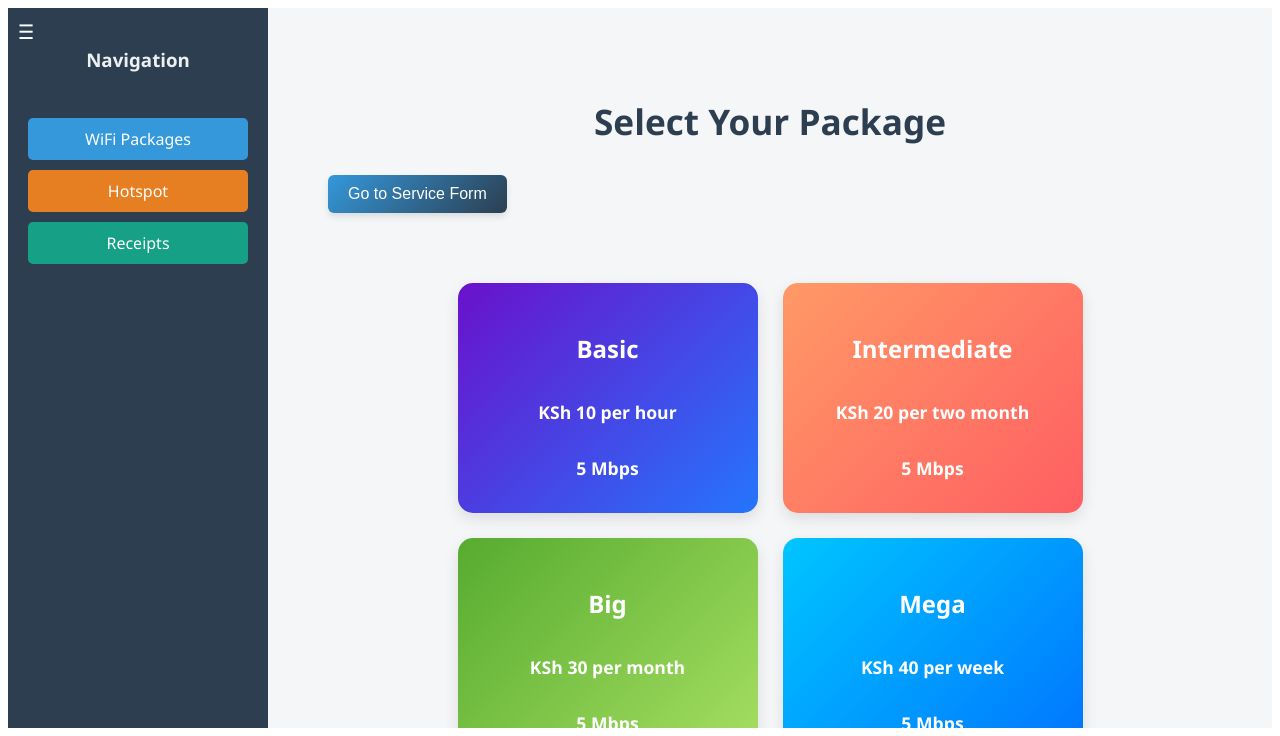
Repository: rachel648/system_Bill
Page: /packages (app in client/)
These files come from the project's save history. The page is drawn as it stood at one moment and after the next save; the edit follows.
The browser window is 1280 px wide. The pictures show the whole page.
The page's requests for data from a server got no answer. An inner scrolling area shows only its first screen. The project was rebuilt for these pictures with package versions that can differ from the ones it lists, and the page was loaded fresh each time. No one was signed in, and anything a server would have sent is missing. Also part of the build but not shown: client/src/components/ServiceForm.js, client/src/Hotspot.css, client/src/Hotspot.js, client/src/admin.js. Imported but missing from the stored project, and not drawn on this page: client/src/Receipts.

Above is the page before, as saved 2025-07-10 22:50:32.

### client/public/index.html
<!DOCTYPE html>
<html lang="en">
  <head>
    <meta charset="UTF-8" />
    <meta name="viewport" content="width=device-width, initial-scale=1.0"/>
    <title>Internet Billing System</title>
  </head>
  <body>
    <div id="root"></div>
    <!-- Add React scripts if not using Create React App -->
    <!-- <script src="https://unpkg.com/react@18/umd/react.development.js"></script>
    <script src="https://unpkg.com/react-dom@18/umd/react-dom.development.js"></script> -->
  </body>
</html>

### client/src/App.js
import React, { useState } from 'react';
import { BrowserRouter as Router, Routes, Route, Navigate } from 'react-router-dom';
import ServiceForm from './components/ServiceForm';
import Packages from './Packages';
import Hotspot from './Hotspot';
import Receipts from './Receipts';
import Navigation from './Navigation';
import './App.css';
import Admin from './admin';
import axios from 'axios';

// Set axios defaults for API calls
axios.defaults.baseURL = process.env.REACT_APP_API_BASE_URL || 'http://localhost:5000/api';

const App = () => {
  const [isSidebarVisible, setSidebarVisible] = useState(true);

  const toggleSidebar = () => {
    setSidebarVisible(prev => !prev);
  };

  const Layout = ({ children }) => (
    <div className="app-container">
      <Navigation isVisible={isSidebarVisible} toggle={toggleSidebar} />
      <div className="main-content">
        {children}
      </div>
    </div>
  );

  return (
    <Router>
      <Routes>
        {/* Redirect root to /packages */}
        <Route path="/" element={<Navigate to="/packages" replace />} />

        {/* Main pages with sidebar layout */}
        <Route path="/packages" element={<Layout><Packages /></Layout>} />
        <Route path="/hotspot" element={<Layout><Hotspot /></Layout>} />
        <Route path="/receipts" element={<Layout><Receipts /></Layout>} />
        <Route path="/service" element={<Layout><ServiceForm /></Layout>} />

        {/* Admin page without sidebar */}
        <Route path="/admin" element={<Admin />} />
      </Routes>
    </Router>
  );
};

export default App;

### client/src/Packages.js
import React, { useState } from 'react';
import { useNavigate } from 'react-router-dom';
import './Packages.css';

const packagePrices = {
  Basic: 10,
  Intermediate: 20,
  Big: 30,
  Mega: 40,
  Super: 50,
  DayOffer: 80
};

// Add duration for each package
const packageDurations = {
  Basic: 'per hour',
  Intermediate: 'per two month',
  Big: 'per month',
  Mega: 'per week',
  Super: 'per day',
  DayOffer: 'per hour'
};

const API_BASE_URL = process.env.NODE_ENV === 'production'
  ? 'https://your-production-api.com'
  : 'http://localhost:5000';

const Packages = () => {
  const [isModalOpen, setIsModalOpen] = useState(false);
  const [selectedPackage, setSelectedPackage] = useState(null);
  const [phoneNumber, setPhoneNumber] = useState('');
  const [isProcessing, setIsProcessing] = useState(false);
  const [error, setError] = useState(null);
  const navigate = useNavigate();

  const handleCardClick = (pkg) => {
    setSelectedPackage(pkg);
    setIsModalOpen(true);
    setError(null);
  };

  const formatPhoneNumber = (phone) => {
    let formatted = phone.trim();
    formatted = formatted.replace(/\D/g, ''); // Remove all non-digit characters

    if (formatted.startsWith('254') && formatted.length === 12) {
      return formatted;
    }
    if (formatted.startsWith('07') && formatted.length === 10) {
      return '254' + formatted.substring(1);
    }
    if (formatted.startsWith('7') && formatted.length === 9) {
      return '254' + formatted;
    }
    return formatted; // Let validation catch invalid numbers
  };

  const handlePayment = async () => {
    // Validate phone number - accept +254..., 254..., or 07...
    const phoneRegex = /^(?:\+?254|0)[17]\d{8}$/;
    const testNumber = phoneNumber.trim();

    if (!phoneRegex.test(testNumber)) {
      setError('Please enter a valid Safaricom number (e.g. 0712345678, 254712345678, or +254712345678)');
      return;
    }

    const formattedPhone = formatPhoneNumber(testNumber);
    // Additional validation for the formatted number
    if (formattedPhone.length !== 12 || !formattedPhone.startsWith('254')) {
      setError('Invalid phone number format after conversion');
      return;
    }

    const amount = packagePrices[selectedPackage];
    setIsProcessing(true);
    setError(null);

    try {
      const healthResponse = await fetch(`${API_BASE_URL}/api/health`);
      if (!healthResponse.ok) {
        throw new Error('Backend service is not available');
      }

      const paymentResponse = await fetch(`${API_BASE_URL}/api/payment`, {
        method: 'POST',
        headers: {
          'Content-Type': 'application/json',
        },
        body: JSON.stringify({
          phone: formattedPhone,
          amount,
          package: selectedPackage,
        }),
      });

      const responseData = await paymentResponse.json();

      if (!paymentResponse.ok || !responseData.success) {
        throw new Error(responseData.message || 'Payment request failed');
      }

      alert(`Payment request sent to ${formattedPhone}. Complete payment on your phone`);
      setIsModalOpen(false);
      setPhoneNumber('');

    } catch (err) {
      console.error('Payment Error:', err);
      let errorMessage = err.message;
      if (err.message.includes('Failed to fetch')) {
        errorMessage = 'Cannot connect to the payment service. Please check:';
        errorMessage += '\n1. Your internet connection';
        errorMessage += '\n2. That the backend server is running';
        errorMessage += '\n3. That you have CORS enabled on the backend';
      }
      setError(errorMessage);
    } finally {
      setIsProcessing(false);
    }
  };

  return (
    <div className="container">
      <h2 className="heading">Select Your Package</h2>

      <button
        onClick={() => navigate('/service')}
        className="service-form-button"
        style={{ marginBottom: '20px', padding: '10px 20px' }}
      >
        Go to Service Form
      </button>

      <div className="card-container">
        {Object.keys(packagePrices).map((pkg) => (
          <div key={pkg} className={`card ${pkg.toLowerCase()}-card`} onClick={() => handleCardClick(pkg)}>
            <h3>{pkg}</h3>
            <p>KSh {packagePrices[pkg].toLocaleString()} {packageDurations[pkg]}</p>
            <p>{pkg === 'Basic' ? '5' : pkg === 'Intermediate' ? '5' : pkg === 'Big' ? '5' : '5'} Mbps</p>
          </div>
        ))}
      </div>

      {isModalOpen && (
        <div className="modal">
          <div className="modal-content">
            <h3>Make Payment for {selectedPackage}</h3>
            <label htmlFor="phone">Enter Safaricom Number:</label>
            <input
              type="tel"
              id="phone"
              value={phoneNumber}
              onChange={(e) => {
                setPhoneNumber(e.target.value);
                setError(null);
              }}
              placeholder="e.g. 0712345678, 254712345678, or +254712345678"
              disabled={isProcessing}
              maxLength="13"
            />

            <p className="amount-display">
              Amount: KSh {packagePrices[selectedPackage].toLocaleString()}
            </p>

            {error && (
              <div className="error-message">
                {error.split('\n').map((line, i) => (
                  <p key={i}>{line}</p>
                ))}
              </div>
            )}

            <div className="modal-buttons">
              <button
                onClick={handlePayment}
                disabled={isProcessing}
                className={isProcessing ? 'processing' : ''}
              >
                {isProcessing ? (
                  <>
                    <span className="spinner"></span>
                    Processing...
                  </>
                ) : 'Submit Payment'}
              </button>
              <button
                onClick={() => {
                  setIsModalOpen(false);
                  setError(null);
                }}
                disabled={isProcessing}
              >
                Cancel
              </button>
            </div>
          </div>
        </div>
      )}
    </div>
  );
};

export default Packages;

### client/src/Navigation.js
import React from 'react';
import { Link } from 'react-router-dom';

const Navigation = ({ isVisible, toggle }) => (
  <div className={`navigation ${!isVisible ? 'collapsed' : ''}`}>
    <div className="toggle-icon" onClick={toggle}>☰</div>
    {isVisible && (
      <>
        <h3>Navigation</h3>
        <ul>
          <li><Link to="/packages" className="link-wifi">WiFi Packages</Link></li>
          <li><Link to="/hotspot" className="link-hotspot">Hotspot</Link></li>
          <li><Link to="/receipts" className="link-receipts">Receipts</Link></li>
        </ul>
      </>
    )}
  </div>
);

export default Navigation;

### client/src/App.css
/* Overall container for layout */
.app-container {
  display: flex;
  height: 100vh;
  font-family: 'Segoe UI', Tahoma, Geneva, Verdana, sans-serif;
}

/* Sidebar navigation */
.navigation {
  width: 220px;
  background-color: #2c3e50;
  padding: 20px;
  display: flex;
  flex-direction: column;
  align-items: center;
  transition: width 0.3s ease;
  position: relative;
}

.navigation.collapsed {
  width: 60px;
  padding: 20px 10px;
}

.toggle-icon {
  position: absolute;
  top: 10px;
  left: 10px;
  font-size: 20px;
  cursor: pointer;
  color: white;
}

/* Hide text when collapsed */
.navigation.collapsed h3,
.navigation.collapsed ul {
  display: none;
}

.navigation h3 {
  color: #ecf0f1;
  margin-bottom: 20px;
}

.navigation ul {
  list-style: none;
  padding: 0;
  width: 100%;
}

.navigation li {
  margin: 10px 0;
  width: 100%;
  text-align: center;
}

/* Unique colored links */
.link-wifi {
  background-color: #3498db; /* Blue */
  color: white;
  padding: 10px;
  display: block;
  text-decoration: none;
  border-radius: 5px;
}

.link-hotspot {
  background-color: #e67e22; /* Orange */
  color: white;
  padding: 10px;
  display: block;
  text-decoration: none;
  border-radius: 5px;
}

.link-receipts {
  background-color: #16a085; /* Teal */
  color: white;
  padding: 10px;
  display: block;
  text-decoration: none;
  border-radius: 5px;
}

.link-wifi:hover,
.link-hotspot:hover,
.link-receipts:hover {
  opacity: 0.85;
}

/* Main content area */
.main-content {
  flex: 1;
  padding: 40px;
  background-color: #f4f6f8;
  overflow-y: auto;
}

### client/src/Packages.css
/* Main container */
.container {
  max-width: 1200px;
  margin: 0 auto;
  padding: 20px;
}

.heading {
  text-align: center;
  color: #2c3e50;
  margin-bottom: 30px;
  font-size: 2.2rem;
}

/* Service form button */
.service-form-button {
  background: linear-gradient(135deg, #3498db, #2c3e50);
  color: white;
  border: none;
  border-radius: 6px;
  padding: 12px 24px;
  font-size: 1rem;
  cursor: pointer;
  transition: all 0.3s ease;
  box-shadow: 0 4px 6px rgba(0, 0, 0, 0.1);
}

.service-form-button:hover {
  transform: translateY(-2px);
  box-shadow: 0 6px 12px rgba(0, 0, 0, 0.15);
}

/* Cards container */
.card-container {
  display: flex;
  justify-content: center;
  flex-wrap: wrap;
  gap: 25px;
  padding: 20px;
  margin-top: 30px;
}

/* Card styles */
.card {
  padding: 25px;
  cursor: pointer;
  border-radius: 15px;
  text-align: center;
  width: 250px;
  color: white;
  font-weight: bold;
  box-shadow: 0 6px 15px rgba(0, 0, 0, 0.1);
  transition: all 0.3s cubic-bezier(0.25, 0.8, 0.25, 1);
  display: flex;
  flex-direction: column;
  align-items: center;
  justify-content: space-between;
  min-height: 180px;
}

.card h3 {
  font-size: 1.5rem;
  margin-bottom: 10px;
}

.card p {
  font-size: 1.1rem;
  margin: 8px 0;
}

/* Package-specific colors */
.basic-card {
  background: linear-gradient(135deg, #6a11cb, #2575fc);
}

.intermediate-card {
  background: linear-gradient(135deg, #ff9966, #ff5e62);
}

.big-card {
  background: linear-gradient(135deg, #56ab2f, #a8e063);
}

.mega-card {
  background: linear-gradient(135deg, #00c6ff, #0072ff);
}

.card:hover {
  transform: translateY(-8px);
  box-shadow: 0 12px 24px rgba(0, 0, 0, 0.2);
}

/* Modal styles */
.modal {
  position: fixed;
  top: 0;
  left: 0;
  right: 0;
  bottom: 0;
  background-color: rgba(0, 0, 0, 0.5);
  display: flex;
  justify-content: center;
  align-items: center;
  z-index: 1000;
  backdrop-filter: blur(3px);
}

.modal-content {
  background-color: white;
  padding: 30px;
  border-radius: 12px;
  width: 90%;
  max-width: 400px;
  text-align: center;
  box-shadow: 0 10px 30px rgba(0, 0, 0, 0.2);
}

.modal-content h3 {
  color: #2c3e50;
  margin-bottom: 20px;
  font-size: 1.5rem;
}

/* Input styles */
input[type="tel"] {
  width: 100%;
  padding: 12px 15px;
  margin: 15px 0;
  border: 2px solid #e0e0e0;
  border-radius: 8px;
  font-size: 1rem;
  transition: border 0.3s ease;
}

input[type="tel"]:focus {
  border-color: #3498db;
  outline: none;
}

/* Amount display */
.amount-display {
  font-size: 1.3rem;
  font-weight: bold;
  color: #2c3e50;
  margin: 15px 0;
  padding: 10px;
  background-color: #f8f9fa;
  border-radius: 8px;
}

/* Button styles */
.modal-buttons {
  display: flex;
  justify-content: center;
  gap: 15px;
  margin-top: 20px;
}

.modal-buttons button {
  padding: 12px 25px;
  border: none;
  border-radius: 8px;
  font-size: 1rem;
  font-weight: 600;
  cursor: pointer;
  transition: all 0.3s ease;
  flex: 1;
  max-width: 150px;
}

.modal-buttons button:first-child {
  background: linear-gradient(135deg, #2ecc71, #27ae60);
  color: white;
}

.modal-buttons button:first-child:hover {
  background: linear-gradient(135deg, #27ae60, #219653);
  transform: translateY(-2px);
}

.modal-buttons button:last-child {
  background: #f1f1f1;
  color: #555;
}

.modal-buttons button:last-child:hover {
  background: #e0e0e0;
}

.modal-buttons button:disabled {
  opacity: 0.7;
  cursor: not-allowed;
  transform: none !important;
}

/* Error message */
.error-message {
  color: #e74c3c;
  background-color: #fdecea;
  padding: 12px;
  border-radius: 8px;
  margin: 15px 0;
  font-size: 0.95rem;
  text-align: left;
  border-left: 4px solid #e74c3c;
}

/* Loading spinner */
.spinner {
  display: inline-block;
  width: 16px;
  height: 16px;
  border: 3px solid rgba(255, 255, 255, 0.3);
  border-radius: 50%;
  border-top-color: white;
  animation: spin 1s ease-in-out infinite;
  margin-right: 10px;
  vertical-align: middle;
}

@keyframes spin {
  to {
    transform: rotate(360deg);
  }
}

/* Responsive design */
@media (max-width: 768px) {
  .card-container {
    gap: 15px;
  }

  .card {
    width: calc(50% - 20px);
    min-width: 150px;
    padding: 20px 10px;
  }

  .modal-content {
    padding: 20px;
  }

  .modal-buttons {
    flex-direction: column;
    gap: 10px;
  }

  .modal-buttons button {
    max-width: 100%;
  }
}

@media (max-width: 480px) {
  .card {
    width: 100%;
  }

  .heading {
    font-size: 1.8rem;
  }
}

Loaded but not shown: client/src/index.js (common file)

After the next save:
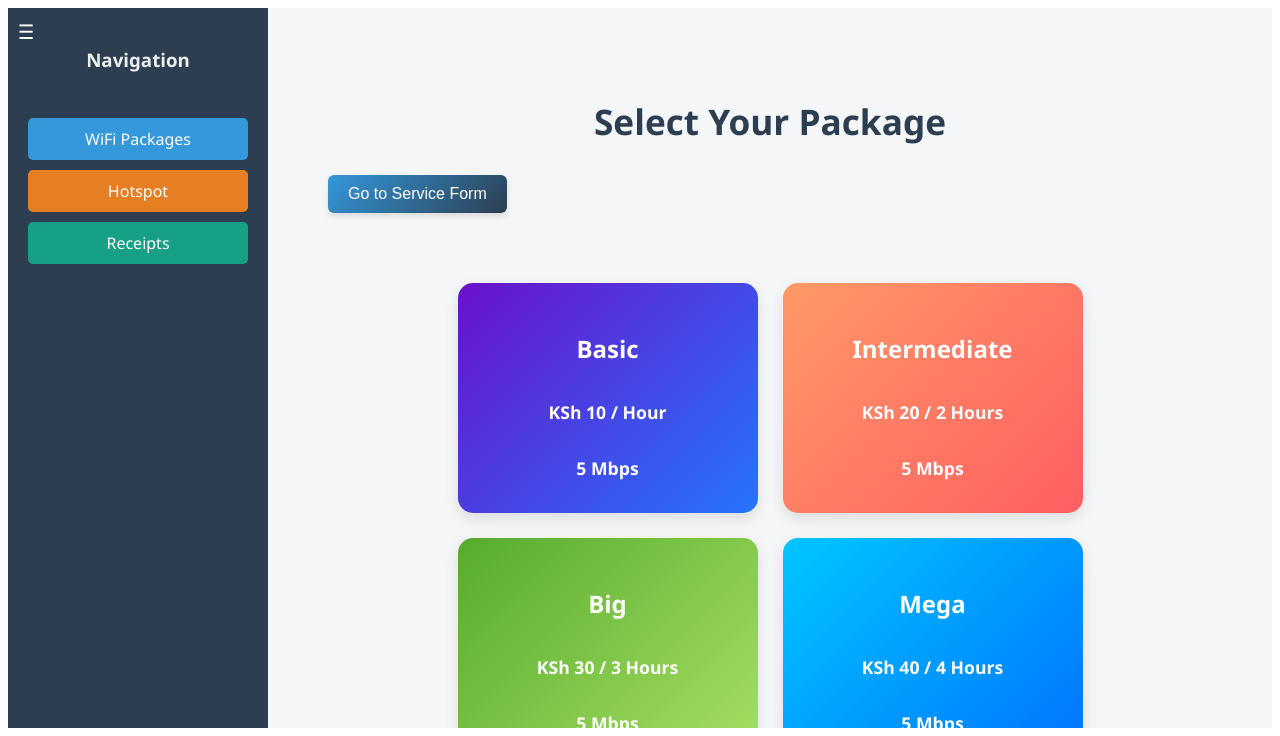
Saved 98 s later.
--- a/client/src/Packages.js
+++ b/client/src/Packages.js
@@ -13,12 +13,12 @@ const packagePrices = {
 
 // Add duration for each package
 const packageDurations = {
-  Basic: 'per hour',
-  Intermediate: 'per two month',
-  Big: 'per month',
-  Mega: 'per week',
-  Super: 'per day',
-  DayOffer: 'per hour'
+  Basic: '/ Hour',
+  Intermediate: '/ 2 Hours',
+  Big: '/ 3 Hours',
+  Mega: '/ 4 Hours',
+  Super: '/ 5 Hours',
+  DayOffer: '24 Hours (Full Day)'
 };
 
 const API_BASE_URL = process.env.NODE_ENV === 'production'
